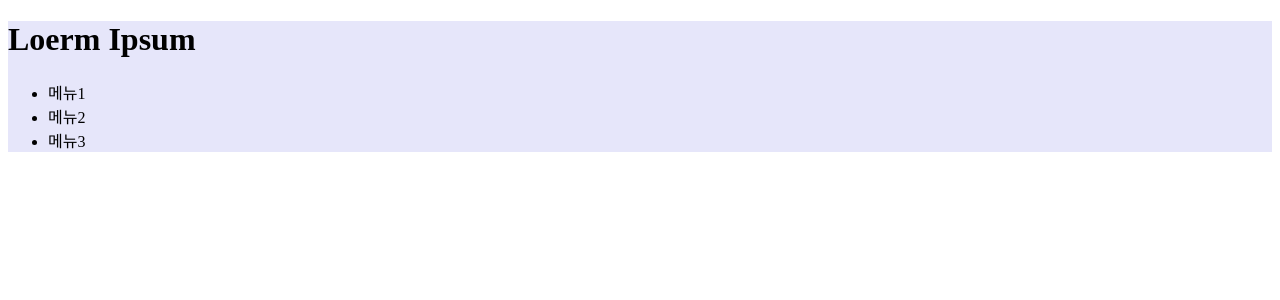
Repository: sangah-park98/jsp-class
Page: k20230503_1_html/src/main/webapp/07_content.html
The author's editor kept a copy of each file at every save. The page is drawn from the files as they stood at one save, then again after the next save.
The browser window is 1280 px wide. The pictures show the whole page.

Above is the page before, as saved 2023-05-03 02:45:37.

### k20230503_1_html/src/main/webapp/07_content.html
<!DOCTYPE html>
<html>
<head>
<meta charset="UTF-8">
<title>Insert title here</title>
<link rel="stylesheet" href="07_content.css">
</head>
<body>
<!--
	<header> => 문서의 헤더(로고, 제목, 검색창 등을 포함)
	<footer> => 문서의 풋터(저작권, 작성자, 관련 문서 등을 포함)
	<main> => 문서의 주요 콘텐츠를 설정, 한 문서에 하나의 <main>만 포함시킨다. IE 지원 불가
	<article> => 독립적으로 구분되거나 재사용 가능한 영역을 설정한다.
	<section> => 문서의 일반적인 영역을 설정한다.
	<aside> => 문서의 별도 콘텐츠를 설정한다.(광고나 링크 등의 사이드 바)
	<nav> => 다른 페이지로 링크를 제공하는 영역을 설정한다.(네비게이션 바, 메뉴, 목차, 색인 등)

-->

<header>
	<h1>Loerm Ipsum</h1>
	<nav>
		<ul>
			<li>메뉴1</li>
			<li>메뉴2</li>
			<li>메뉴3</li>
		</ul>
	</nav>
</header>
</body>
</html>

### k20230503_1_html/src/main/webapp/07_content.css
header {
	background-color: lavender;
}

After the next save:
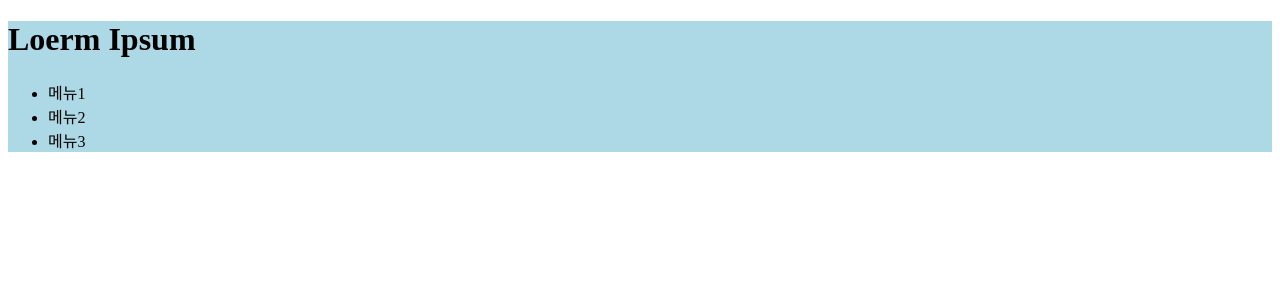
Saved 17 s later.
--- a/k20230503_1_html/src/main/webapp/07_content.css
+++ b/k20230503_1_html/src/main/webapp/07_content.css
@@ -1,3 +1,3 @@
 header {
-	background-color: lavender;
+	background-color: lightblue;
 }
